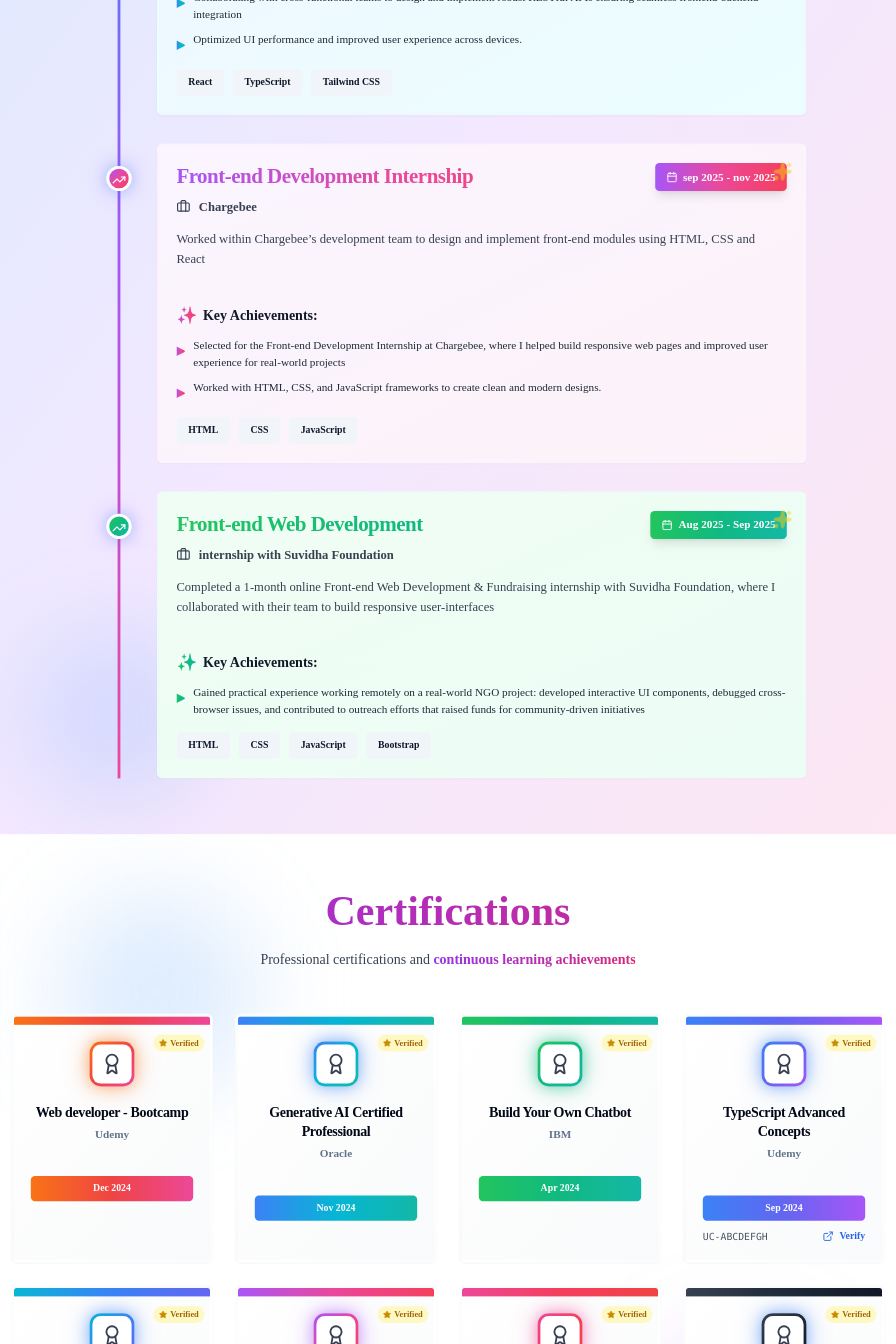
Repository: sm6746/PORTFOLIO
Page: /
The author's editor kept a copy of each file at every save. The page is drawn from the files as they stood at one save, then again after the next save.
The browser window is 1280 px wide. The pictures show the part of the page from y = 4580 to 6500 px (the page is 8180 px tall before and 8152 px after), at 70% of full size.
The project was rebuilt for these pictures with package versions that can differ from the ones it lists, and the page was loaded fresh each time. Also part of the build but not shown: vite.config.ts.

Above is the page before, as saved 2025-11-07 12:59:56.

### index.html
<!DOCTYPE html>
<html lang="en">
  <head>
    <meta charset="UTF-8" />
    <link rel="icon" type="image/svg+xml" href="/favicon.svg" />
    <meta name="viewport" content="width=device-width, initial-scale=1.0" />
    <title>Portfolio</title>
  </head>
  <body>
    <div id="root"></div>
    <script type="module" src="/app/main.tsx"></script>
  </body>
</html>

### app/main.tsx
import React from 'react'
import ReactDOM from 'react-dom/client'
import App from './app'
import './globals.css'

ReactDOM.createRoot(document.getElementById('root')!).render(
  <React.StrictMode>
    <App />
  </React.StrictMode>,
)

### app/app.tsx
import { ThemeProvider } from '@/lib/theme-context';
import { Header } from '@/components/header';
import { HeroSection } from '@/components/hero-section';
import { AboutSection } from '@/components/about-section';
import { SkillsSection } from '@/components/skills-section';
import { ProjectsSection } from '@/components/projects-section';
import { ExperienceSection } from '@/components/experience-section';
import { CertificationsSection } from '@/components/certifications-section';
import { ContactSection } from '@/components/contact-section';
import { Footer } from '@/components/footer';
import { ScrollToTop } from '@/components/scroll-to-top';

function App() {
  return (
    <ThemeProvider>
      <div className="min-h-screen bg-white dark:bg-gray-900 transition-colors duration-300">
        <Header />
        <main>
          <HeroSection />
          <AboutSection />
          <SkillsSection />
          <ProjectsSection />
          <ExperienceSection />
          <CertificationsSection />
          <ContactSection />
        </main>
        <Footer />
        <ScrollToTop />
      </div>
    </ThemeProvider>
  );
}

export default App;

### lib/theme-context.tsx
import React, { createContext, useContext, useEffect, useState } from 'react';

type Theme = 'light' | 'dark';

type ThemeContextType = {
  theme: Theme;
  toggleTheme: () => void;
};

const ThemeContext = createContext<ThemeContextType | undefined>(undefined);

export function ThemeProvider({ children }: { children: React.ReactNode }) {
  const [theme, setTheme] = useState<Theme>(() => {
    const stored = localStorage.getItem('portfolio-theme');
    return (stored as Theme) || 'light';
  });

  useEffect(() => {
    localStorage.setItem('portfolio-theme', theme);
    document.documentElement.classList.toggle('dark', theme === 'dark');
  }, [theme]);

  const toggleTheme = () => {
    setTheme(prev => (prev === 'light' ? 'dark' : 'light'));
  };

  return (
    <ThemeContext.Provider value={{ theme, toggleTheme }}>
      {children}
    </ThemeContext.Provider>
  );
}

export function useTheme() {
  const context = useContext(ThemeContext);
  if (!context) {
    throw new Error('useTheme must be used within ThemeProvider');
  }
  return context;
}

### components/certifications-section.tsx
import { Card, CardContent, CardHeader, CardTitle, CardDescription } from '@/components/ui/card';
import { Badge } from '@/components/ui/badge';
import { Button } from '@/components/ui/button';
import { Award, ExternalLink, Star } from 'lucide-react';
import { useScrollAnimation } from '@/hooks/use-scroll-animation';

export function CertificationsSection() {
  const { ref, isVisible } = useScrollAnimation();

  const certifications = [
    {
      title: 'Web developer - Bootcamp ',
      issuer: 'Udemy ',
      date: 'Dec 2024',
      /*credentialId: 'AWS-12345',*/
      gradient: 'from-orange-500 via-red-500 to-pink-500',
      glowClass: 'glow-orange',
    },
    {
      title: 'Generative AI Certified Professional ',
      issuer: 'Oracle',
      date: 'Nov 2024',
      /*credentialId: 'META-67890',*/
      gradient: 'from-blue-500 via-cyan-500 to-teal-500',
      glowClass: 'glow-blue',
    },
    {
      title: 'Build Your Own Chatbot',

      issuer: 'IBM',
      date: 'Apr 2024',
      /*credentialId: 'MDB-54321',*/
      gradient: 'from-green-500 via-emerald-500 to-teal-500',
      glowClass: 'glow-green',
    },
    {
      title: 'TypeScript Advanced Concepts',
      issuer: 'Udemy',
      date: 'Sep 2024',
      credentialId: 'UC-ABCDEFGH',
      gradient: 'from-blue-500 via-indigo-500 to-purple-500',
      glowClass: 'glow-blue',
    },
    {
      title: 'Docker & Kubernetes',
      issuer: 'Linux Foundation',
      date: 'Aug 2024',
      credentialId: 'LF-98765',
      gradient: 'from-cyan-500 via-blue-500 to-indigo-500',
      glowClass: 'glow-blue',
    },
    {
      title: 'Full Stack Web Development',
      issuer: 'Coursera',
      date: 'Jul 2024',
      credentialId: 'COURSERA-123456',
      gradient: 'from-purple-500 via-pink-500 to-rose-500',
      glowClass: 'glow-purple',
    },
    {
      title: 'GraphQL Fundamentals',
      issuer: 'Apollo',
      date: 'Jun 2024',
      credentialId: 'APOLLO-11223',
      gradient: 'from-pink-500 via-rose-500 to-red-500',
      glowClass: 'glow-pink',
    },
    {
      title: 'Git & GitHub Mastery',
      issuer: 'GitHub Learning Lab',
      date: 'May 2024',
      credentialId: 'GH-44556',
      gradient: 'from-gray-700 via-gray-800 to-gray-900',
      glowClass: 'glow-blue',
    },
  ];

  return (
    <section
      id="certifications"
      ref={ref as React.RefObject<HTMLElement>}
      className="py-20 bg-white dark:bg-gray-900 relative overflow-hidden"
    >
      <div className="absolute inset-0 bg-grid-pattern opacity-5"></div>
      <div className="absolute top-20 left-20 w-72 h-72 bg-blue-400/20 rounded-full blur-3xl"></div>
      <div className="absolute bottom-20 right-20 w-72 h-72 bg-purple-400/20 rounded-full blur-3xl"></div>

      <div className="container mx-auto px-4 relative z-10">
        <div
          className={`transition-all duration-1000 ${
            isVisible ? 'opacity-100 translate-y-0' : 'opacity-0 translate-y-10'
          }`}
        >
          <h2 className="text-5xl md:text-6xl font-extrabold text-center mb-6 bg-gradient-to-r from-blue-600 via-purple-600 to-pink-600 dark:from-blue-400 dark:via-purple-400 dark:to-pink-400 bg-clip-text text-transparent animate-gradient">
            Certifications
          </h2>
          <p className="text-center text-gray-700 dark:text-gray-300 mb-16 text-xl font-medium">
            Professional certifications and <span className="text-transparent bg-clip-text bg-gradient-to-r from-purple-600 to-pink-600 font-bold">continuous learning achievements</span>
          </p>

          <div className="grid md:grid-cols-2 lg:grid-cols-4 gap-8">
            {certifications.map((cert, index) => (
              <Card
                key={index}
                className={`group hover:shadow-2xl transition-all duration-500 transform hover:-translate-y-4 hover:scale-110 border-4 border-transparent hover:border-current overflow-hidden bg-gradient-to-br from-white to-gray-50 dark:from-gray-800 dark:to-gray-900 ${
                  isVisible ? 'opacity-100 translate-y-0' : 'opacity-0 translate-y-10'
                }`}
                style={{ transitionDelay: `${index * 100}ms` }}
              >
                <div className={`h-3 bg-gradient-to-r ${cert.gradient}`}></div>
                <CardHeader className="relative">
                  <div className={`w-16 h-16 mx-auto rounded-2xl bg-gradient-to-br ${cert.gradient} p-1 mb-4 group-hover:scale-125 group-hover:rotate-12 transition-all duration-500 shadow-xl ${cert.glowClass}`}>
                    <div className="w-full h-full rounded-xl bg-white dark:bg-gray-800 flex items-center justify-center">
                      <Award className="h-8 w-8 text-gray-700 dark:text-gray-300" />
                    </div>
                  </div>
                  <div className="absolute top-2 right-2 flex items-center gap-1 bg-yellow-100 dark:bg-yellow-900/50 px-2 py-1 rounded-full">
                    <Star className="h-3 w-3 text-yellow-600 fill-yellow-600" />
                    <span className="text-xs font-bold text-yellow-700 dark:text-yellow-400">Verified</span>
                  </div>
                  <CardTitle className={`text-xl font-bold text-center group-hover:bg-gradient-to-r ${cert.gradient} group-hover:bg-clip-text group-hover:text-transparent transition-all duration-300`}>
                    {cert.title}
                  </CardTitle>
                  <CardDescription className="text-center font-semibold text-base">{cert.issuer}</CardDescription>
                </CardHeader>
                <CardContent className="p-6">
                  <div className="space-y-3">
                    <Badge variant="outline" className={`w-full justify-center text-sm font-bold py-2 border-3 bg-gradient-to-r ${cert.gradient} text-white`}>
                      {cert.date}
                    </Badge>
                    {cert.credentialId && (
                      <div className="flex items-center justify-between gap-2">
                        <span className="text-sm font-mono text-gray-600 dark:text-gray-300">{cert.credentialId}</span>
                        <button
                          onClick={() => window.open('#', '_blank')}
                          className="inline-flex items-center gap-2 text-sm font-semibold text-blue-600 dark:text-blue-400"
                          aria-label="View credential"
                        >
                          <ExternalLink className="h-4 w-4" />
                          Verify
                        </button>
                      </div>
                    )}
                  </div>
                </CardContent>
              </Card>
            ))}
          </div>
        </div>
      </div>
    </section>
  );
}

### components/footer.tsx
import { Github, Linkedin, Mail } from 'lucide-react';
import { Button } from '@/components/ui/button';

export function Footer() {
  return (
    <footer className="py-12 bg-gray-900 text-white">
      <div className="container mx-auto px-4">
        <div className="flex flex-col items-center gap-6">
          <div className="text-3xl font-bold bg-gradient-to-r from-blue-400 to-purple-400 bg-clip-text text-transparent">
            SHIVANI MEHRA
          </div>
          <p className="text-gray-400 text-center max-w-md">
            Building the future, one line of code at a time. Let's create something amazing together.
          </p>
          <div className="flex gap-4">
            <Button
              variant="ghost"
              size="icon"
              className="rounded-full hover:bg-blue-600/20 text-gray-300 hover:text-white transition-all"
            >
              <a
              href="https://github.com/sm6746"
              target="_blank"
              rel="noopener noreferrer"
            >
              <Github className="h-5 w-5" />
              </a>
            </Button>
            <Button
              variant="ghost"
              size="icon"
              className="rounded-full hover:bg-blue-600/20 text-gray-300 hover:text-white transition-all"
            >
              <a
              href="https://www.linkedin.com/in/shivani-mehra-/"
              target="_blank"
              rel="noopener noreferrer"
            >
              <Linkedin className="h-7 w-7" />
              </a>
            </Button>
            <Button
              variant="ghost"
              size="icon"
              className="rounded-full hover:bg-blue-600/20 text-gray-300 hover:text-white transition-all"
            >
              <a
              href="https://mail.google.com/mail/?view=cm&fs=1&to=shivanimehra22may@gmail.com"
              target="_blank"
              rel="noopener noreferrer"
            >
               <Mail className="h-5 w-5" />
              </a>

            </Button>
          </div>
          <div className="border-t border-gray-800 pt-6 w-full text-center">
            <p className="text-gray-500 text-sm">

            </p>
          </div>
        </div>
      </div>
    </footer>
  );
}

### components/scroll-to-top.tsx
import { Button } from '@/components/ui/button';
import { ArrowUp } from 'lucide-react';
import { useEffect, useState } from 'react';

export function ScrollToTop() {
  const [isVisible, setIsVisible] = useState(false);

  useEffect(() => {
    const toggleVisibility = () => {
      setIsVisible(window.scrollY > 500);
    };

    window.addEventListener('scroll', toggleVisibility);
    return () => window.removeEventListener('scroll', toggleVisibility);
  }, []);

  const scrollToTop = () => {
    window.scrollTo({ top: 0, behavior: 'smooth' });
  };

  if (!isVisible) return null;

  return (
    <Button
      onClick={scrollToTop}
      size="icon"
      className="fixed bottom-8 right-8 z-50 rounded-full shadow-lg bg-gradient-to-r from-blue-600 to-purple-600 hover:from-blue-700 hover:to-purple-700 animate-bounce"
    >
      <ArrowUp className="h-5 w-5" />
    </Button>
  );
}

### components/ui/button.tsx
import * as React from "react"
import { Slot } from "@radix-ui/react-slot"
import { cva, type VariantProps } from "class-variance-authority"

import { cn } from "@/lib/utlis"

const buttonVariants = cva(
  "inline-flex items-center justify-center gap-2 whitespace-nowrap rounded-md text-sm font-medium transition-colors focus-visible:outline-none focus-visible:ring-1 focus-visible:ring-ring disabled:pointer-events-none disabled:opacity-50 [&_svg]:pointer-events-none [&_svg]:size-4 [&_svg]:shrink-0",
  {
    variants: {
      variant: {
        default:
          "bg-primary text-primary-foreground shadow hover:bg-primary/90",
        destructive:
          "bg-destructive text-destructive-foreground shadow-sm hover:bg-destructive/90",
        outline:
          "border border-input bg-background shadow-sm hover:bg-accent hover:text-accent-foreground",
        secondary:
          "bg-secondary text-secondary-foreground shadow-sm hover:bg-secondary/80",
        ghost: "hover:bg-accent hover:text-accent-foreground",
        link: "text-primary underline-offset-4 hover:underline",
      },
      size: {
        default: "h-9 px-4 py-2",
        sm: "h-8 rounded-md px-3 text-xs",
        lg: "h-10 rounded-md px-8",
        icon: "h-9 w-9",
      },
    },
    defaultVariants: {
      variant: "default",
      size: "default",
    },
  }
)

export interface ButtonProps
  extends React.ButtonHTMLAttributes<HTMLButtonElement>,
    VariantProps<typeof buttonVariants> {
  asChild?: boolean
}

const Button = React.forwardRef<HTMLButtonElement, ButtonProps>(
  ({ className, variant, size, asChild = false, ...props }, ref) => {
    const Comp = asChild ? Slot : "button"
    return (
      <Comp
        className={cn(buttonVariants({ variant, size, className }))}
        ref={ref}
        {...props}
      />
    )
  }
)
Button.displayName = "Button"

export { Button, buttonVariants }

### hooks/use-scroll-animation.ts
import { useEffect, useRef, useState } from 'react';

export function useScrollAnimation() {
  const ref = useRef<HTMLElement>(null);
  const [isVisible, setIsVisible] = useState(false);

  useEffect(() => {
    const observer = new IntersectionObserver(
      ([entry]) => {
        if (entry.isIntersecting) {
          setIsVisible(true);
        }
      },
      { threshold: 0.1 }
    );

    if (ref.current) {
      observer.observe(ref.current);
    }

    return () => {
      if (ref.current) {
        observer.unobserve(ref.current);
      }
    };
  }, []);

  return { ref, isVisible };
}

### components/ui/card.tsx
import * as React from "react"

import { cn } from "@/lib/utlis"

const Card = React.forwardRef<
  HTMLDivElement,
  React.HTMLAttributes<HTMLDivElement>
>(({ className, ...props }, ref) => (
  <div
    ref={ref}
    className={cn(
      "rounded-lg border bg-card text-card-foreground shadow-sm",
      className,
    )}
    {...props}
  />
))
Card.displayName = "Card"

const CardHeader = React.forwardRef<
  HTMLDivElement,
  React.HTMLAttributes<HTMLDivElement>
>(({ className, ...props }, ref) => (
  <div
    ref={ref}
    className={cn("flex flex-col space-y-1.5 p-6", className)}
    {...props}
  />
))
CardHeader.displayName = "CardHeader"

const CardTitle = React.forwardRef<
  HTMLParagraphElement,
  React.HTMLAttributes<HTMLHeadingElement>
>(({ className, ...props }, ref) => (
  <h3
    ref={ref}
    className={cn(
      "text-2xl font-semibold leading-none tracking-tight",
      className,
    )}
    {...props}
  />
))
CardTitle.displayName = "CardTitle"

const CardDescription = React.forwardRef<
  HTMLParagraphElement,
  React.HTMLAttributes<HTMLParagraphElement>
>(({ className, ...props }, ref) => (
  <p
    ref={ref}
    className={cn("text-sm text-muted-foreground", className)}
    {...props}
  />
))
CardDescription.displayName = "CardDescription"

const CardContent = React.forwardRef<
  HTMLDivElement,
  React.HTMLAttributes<HTMLDivElement>
>(({ className, ...props }, ref) => (
  <div ref={ref} className={cn("p-6 pt-0", className)} {...props} />
))
CardContent.displayName = "CardContent"

const CardFooter = React.forwardRef<
  HTMLDivElement,
  React.HTMLAttributes<HTMLDivElement>
>(({ className, ...props }, ref) => (
  <div
    ref={ref}
    className={cn("flex items-center p-6 pt-0", className)}
    {...props}
  />
))
CardFooter.displayName = "CardFooter"

export { Card, CardHeader, CardFooter, CardTitle, CardDescription, CardContent }

### components/ui/badge.tsx
import * as React from "react"
import { cva, type VariantProps } from "class-variance-authority"

import { cn } from "@/lib/utlis"

const badgeVariants = cva(
  "inline-flex items-center rounded-md border px-2.5 py-0.5 text-xs font-semibold transition-colors focus:outline-none focus:ring-2 focus:ring-ring focus:ring-offset-2",
  {
    variants: {
      variant: {
        default:
          "border-transparent bg-primary text-primary-foreground shadow hover:bg-primary/80",
        secondary:
          "border-transparent bg-secondary text-secondary-foreground hover:bg-secondary/80",
        destructive:
          "border-transparent bg-destructive text-destructive-foreground shadow hover:bg-destructive/80",
        outline: "text-foreground",
      },
    },
    defaultVariants: {
      variant: "default",
    },
  }
)

export interface BadgeProps
  extends React.HTMLAttributes<HTMLDivElement>,
    VariantProps<typeof badgeVariants> {}

function Badge({ className, variant, ...props }: BadgeProps) {
  return (
    <div className={cn(badgeVariants({ variant }), className)} {...props} />
  )
}

export { Badge, badgeVariants }

### components/ui/input.tsx
import * as React from "react"

import { cn } from "@/lib/utlis"

const Input = React.forwardRef<HTMLInputElement, React.ComponentProps<"input">>(
  ({ className, type, ...props }, ref) => {
    return (
      <input
        type={type}
        className={cn(
          "flex h-9 w-full rounded-md border border-input bg-transparent px-3 py-1 text-base shadow-sm transition-colors file:border-0 file:bg-transparent file:text-sm file:font-medium file:text-foreground placeholder:text-muted-foreground focus-visible:outline-none focus-visible:ring-1 focus-visible:ring-ring disabled:cursor-not-allowed disabled:opacity-50 md:text-sm",
          className
        )}
        ref={ref}
        {...props}
      />
    )
  }
)
Input.displayName = "Input"

export { Input }

### components/ui/textarea.tsx
import * as React from "react"

import { cn } from "@/lib/utlis"

const Textarea = React.forwardRef<
  HTMLTextAreaElement,
  React.ComponentProps<"textarea">
>(({ className, ...props }, ref) => {
  return (
    <textarea
      className={cn(
        "flex min-h-[60px] w-full rounded-md border border-input bg-transparent px-3 py-2 text-base shadow-sm placeholder:text-muted-foreground focus-visible:outline-none focus-visible:ring-1 focus-visible:ring-ring disabled:cursor-not-allowed disabled:opacity-50 md:text-sm",
        className
      )}
      ref={ref}
      {...props}
    />
  )
})
Textarea.displayName = "Textarea"

export { Textarea }

Loaded but not shown: lib/utlis.tsx (common file); tailwind.config.js (62 lines, source omitted); components/projects-section.tsx (180 lines, source omitted); components/contact-section.tsx (144 lines, source omitted); components/experience-section.tsx (141 lines, source omitted); components/hero-section.tsx (124 lines, source omitted); components/about-section.tsx (79 lines, source omitted); components/skills-section.tsx (112 lines, source omitted); components/header.tsx (82 lines, source omitted); app/globals.css (115 lines, source omitted)

After the next save:
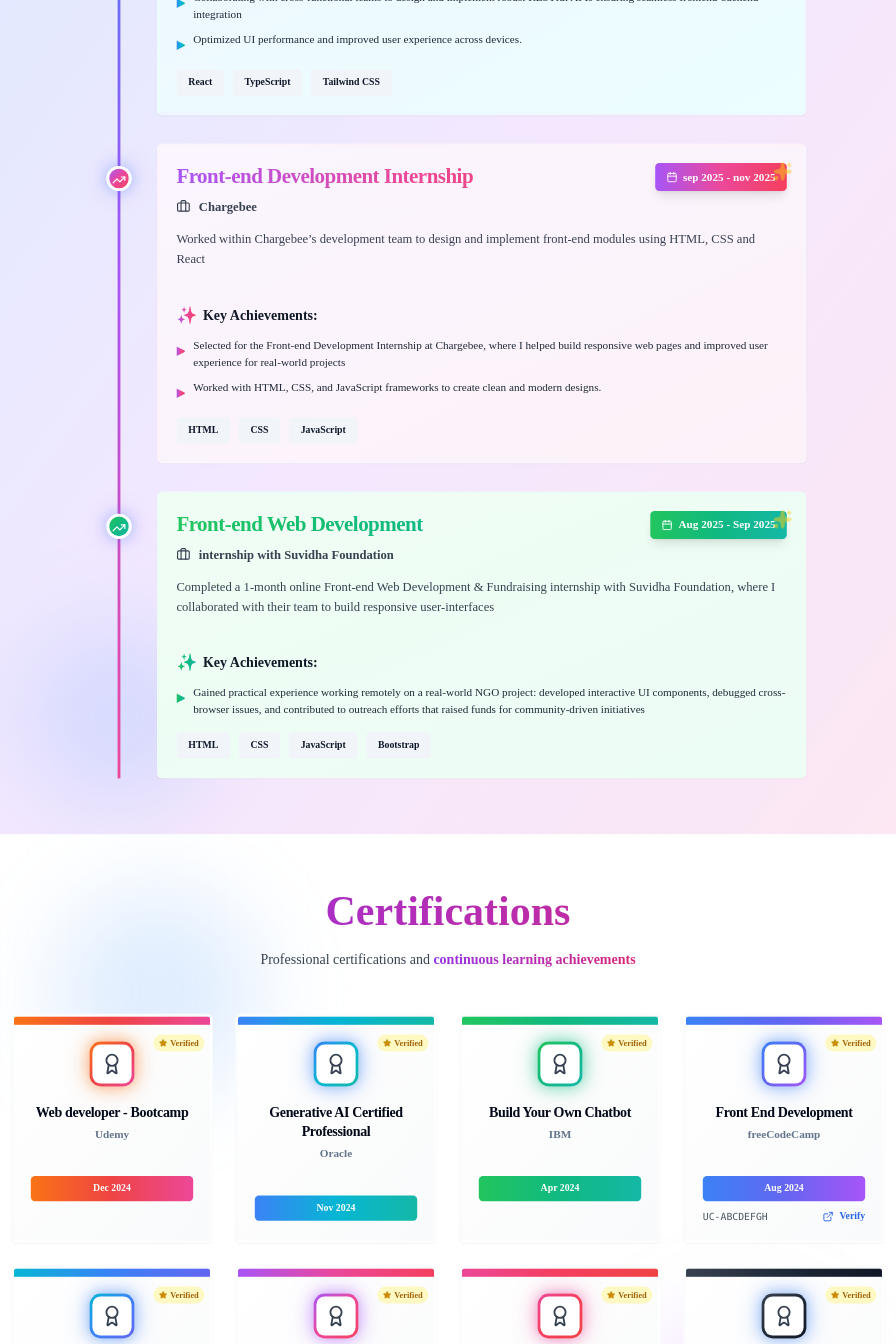
Saved 2 h 38 min later.
--- a/components/certifications-section.tsx
+++ b/components/certifications-section.tsx
@@ -34,9 +34,9 @@ export function CertificationsSection() {
       glowClass: 'glow-green',
     },
     {
-      title: 'TypeScript Advanced Concepts',
-      issuer: 'Udemy',
-      date: 'Sep 2024',
+      title: 'Front End Development ',
+      issuer: ' freeCodeCamp',
+      date: 'Aug 2024',
       credentialId: 'UC-ABCDEFGH',
       gradient: 'from-blue-500 via-indigo-500 to-purple-500',
       glowClass: 'glow-blue',
